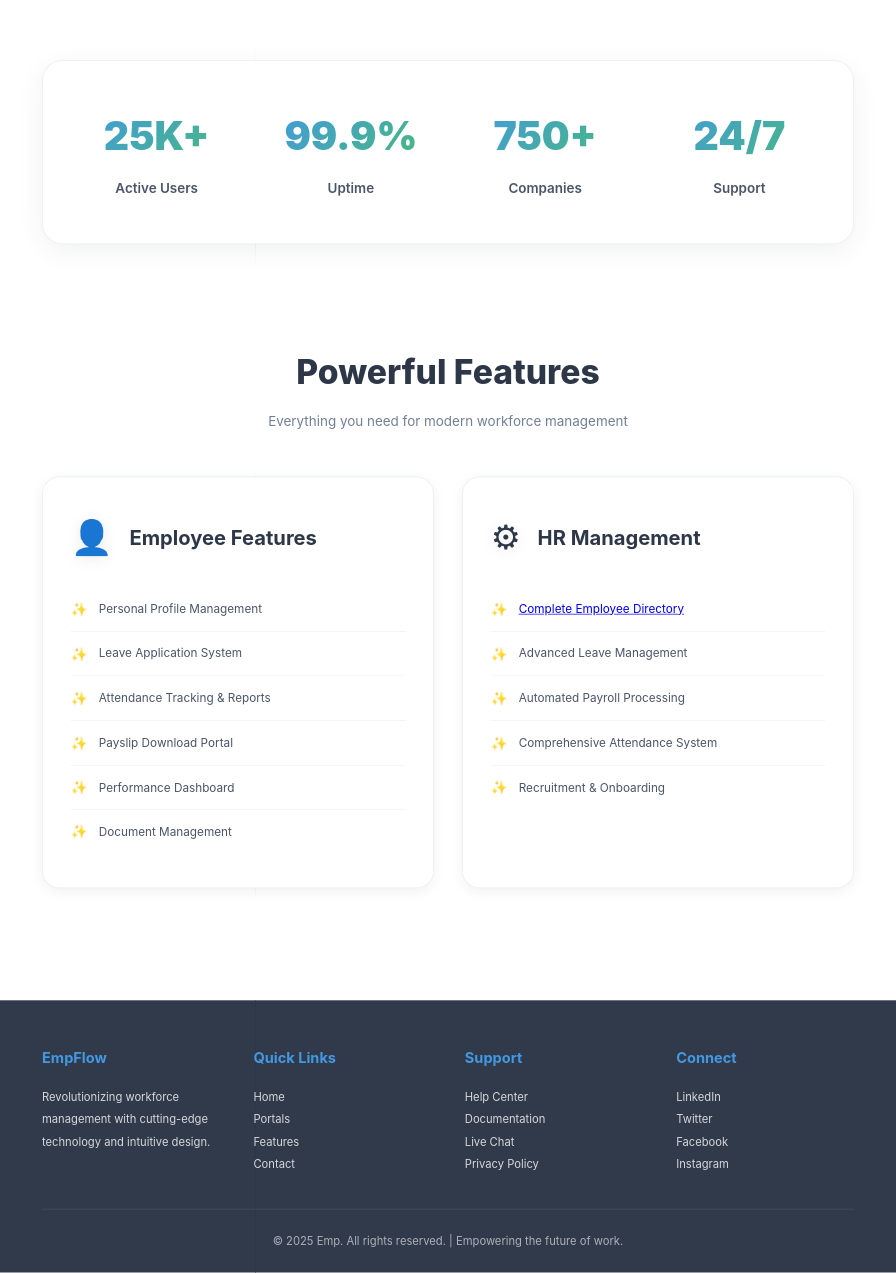
Repository: Shwetannarkhede/EmployeeHub
Page: EmployeeManagemntSystem/src/main/webapp/Home.html
An editor plug-in stored every save of this project. The page is shown before and after the next save, followed by the edit.
The browser window is 1280 px wide. The pictures show the part of the page from y = 1657 to 3577 px (the page is 3475 px tall before and 3577 px after), at 70% of full size.

Above is the page before, as saved 2025-09-23 15:10:00.

After the next save:
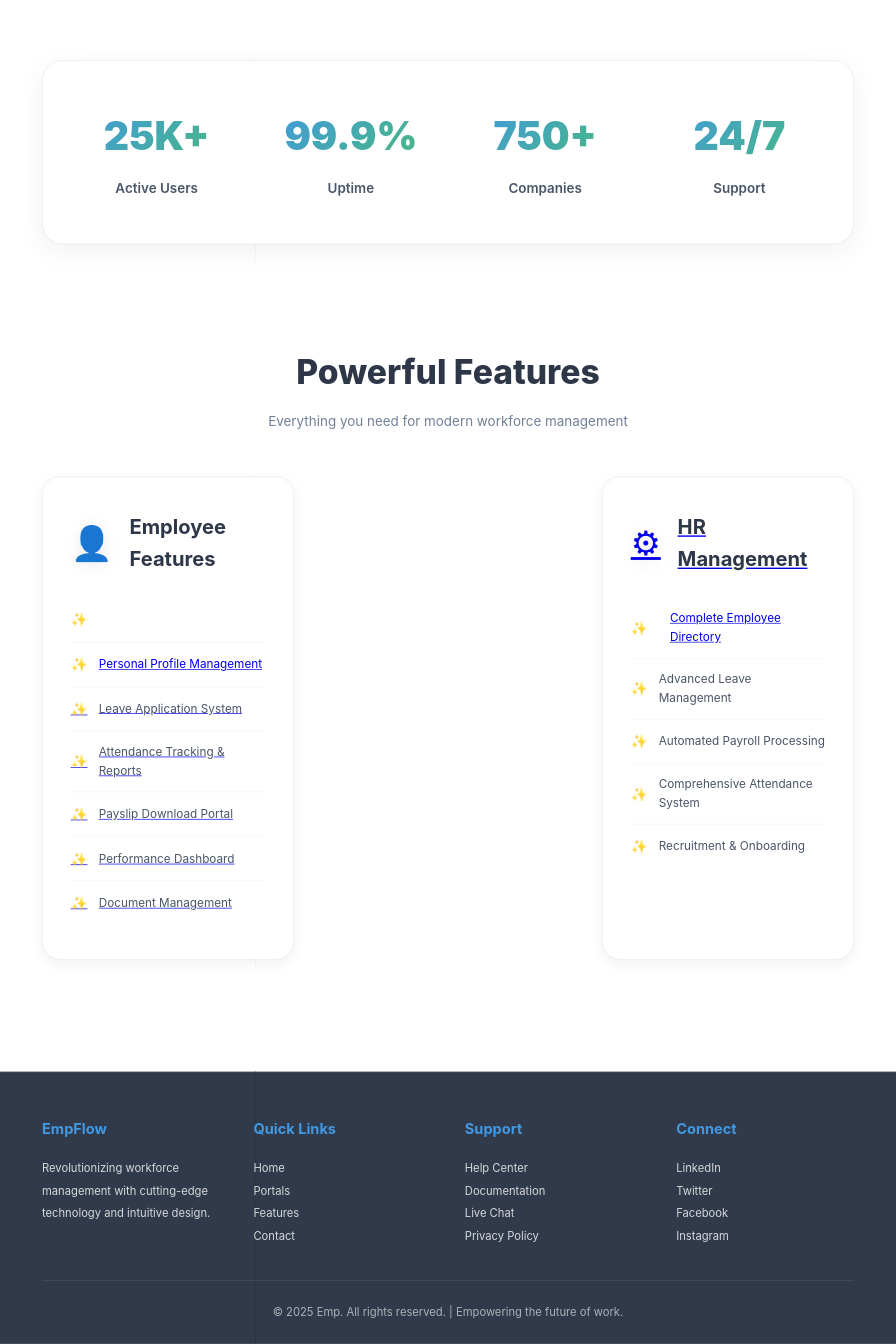
Saved 25 min 6 s later.
--- a/EmployeeManagemntSystem/src/main/webapp/Home.html
+++ b/EmployeeManagemntSystem/src/main/webapp/Home.html
@@ -90,7 +90,7 @@
                         <h3 class="section-title">Employee Features</h3>
                     </div>
                     <ul class="feature-list">
-                        <li>Personal Profile Management</li>
+                        <li> <li><a href="directory">Personal Profile Management</li>
                         <li>Leave Application System</li>
                         <li>Attendance Tracking & Reports</li>
                         <li>Payslip Download Portal</li>
